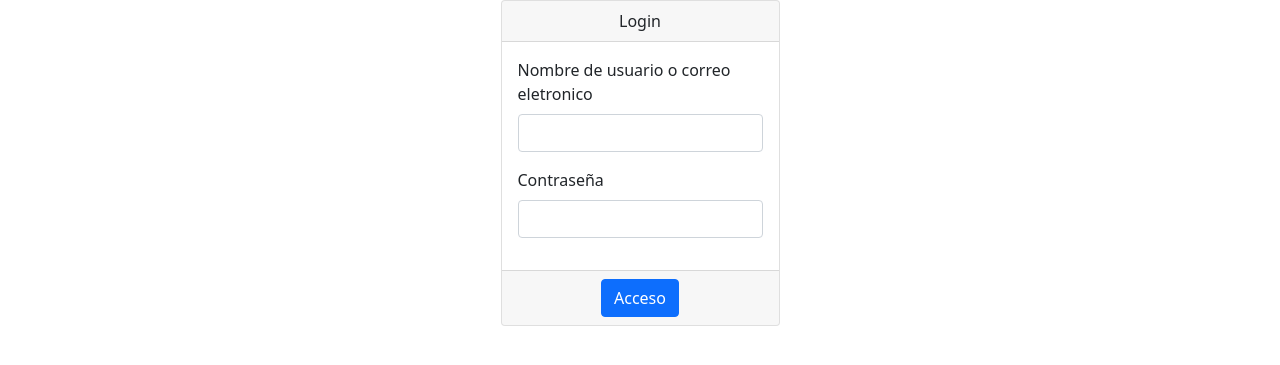
Repository: j0sh-404/control-clases-alumnos
Page: vista/login/login.html
The author's editor kept a copy of each file at every save. The page is drawn from the files as they stood at one save, then again after the next save.
The browser window is 1280 px wide. The pictures show the whole page.

Above is the page before, as saved 2022-07-09 15:19:52.

### vista/login/login.html
<!DOCTYPE html>
<html lang="es">
<head>
    <title>Login</title>
    <meta charset="UTF-8">
    <meta name="Login" content="Título de la WEB">
    <meta name="description" content="Descripción de la WEB">

    <!-- Bootstrap 5 -->
    <link href="https://cdn.jsdelivr.net/npm/bootstrap@5.0.2/dist/css/bootstrap.min.css" rel="stylesheet" integrity="sha384-EVSTQN3/azprG1Anm3QDgpJLIm9Nao0Yz1ztcQTwFspd3yD65VohhpuuCOmLASjC" crossorigin="anonymous">
    <link rel="stylesheet" href="./login.css">
  </head>
<body>
     <div id="alertaError">
      <div class="alert alert-danger alert-dismissible fade show" role="alert">
        <div id="textoError"></div>
        <button type="button" class="btn-close" data-bs-dismiss="alert" aria-label="Close"></button>
      </div>
     </div>
    <div class="container col-sm-12">
      <div class="card col-sm-3 mx-auto">
        <div class="card-header text-center">
          Login
        </div>
        <div class="card-body">
            <form>
                <div class="mb-3">
                  <label for="accesoCorreo" class="form-label">Nombre de usuario o correo eletronico </label>
                  <input type="email" class="form-control" id="accesoCorreo" aria-describedby="emailHelp">
                </div>
                <div class="mb-3 text-left">
                  <label for="accesoClave" class="form-label">Contraseña</label>
                  <input type="password" class="form-control" id="accesoClave">
                </div>
              </form>
        </div>
        <div class="card-footer text-muted text-center">
         <button class="btn btn-primary" onclick="accesoUsuario()">Acceso</button>
        </div>
      </div>
    </div>
<script src="https://code.jquery.com/jquery-3.6.0.js" integrity="sha256-H+K7U5CnXl1h5ywQfKtSj8PCmoN9aaq30gDh27Xc0jk=" crossorigin="anonymous"></script>
<script>
   $('#alertaError').hide();
</script>
<script src="https://cdn.jsdelivr.net/npm/bootstrap@5.0.2/dist/js/bootstrap.bundle.min.js" integrity="sha384-MrcW6ZMFYlzcLA8Nl+NtUVF0sA7MsXsP1UyJoMp4YLEuNSfAP+JcXn/tWtIaxVXM" crossorigin="anonymous"></script>
<script src="../../controlador/login/login.js"></script>
</body>
</html>

### vista/login/login.css
.estilo-tarjeta{
    align-items: center;
}

### controlador/login/login.js

function accesoUsuario (){
    const usuario = $("#accesoCorreo").val();
    const clave =$("#accesoClave").val();
}

After the next save:
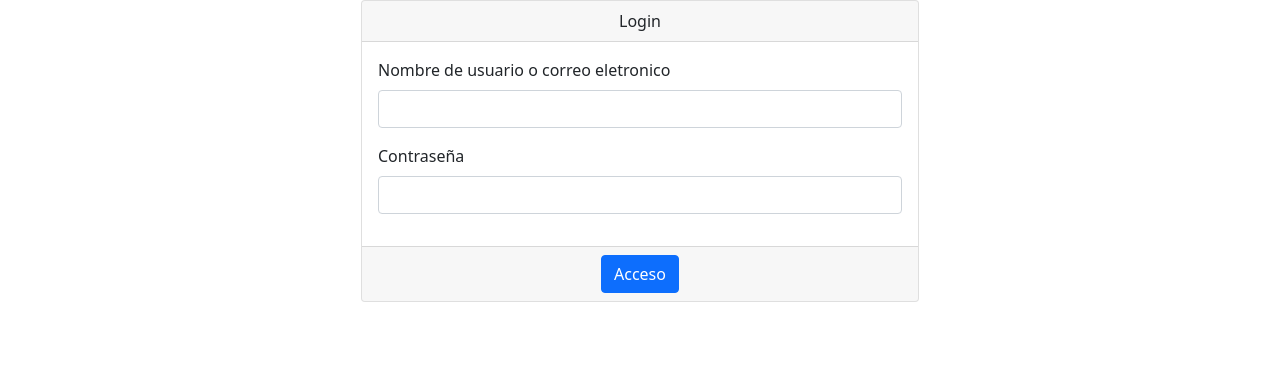
Saved 14 s later.
--- a/vista/login/login.html
+++ b/vista/login/login.html
@@ -18,7 +18,7 @@
       </div>
      </div>
     <div class="container col-sm-12">
-      <div class="card col-sm-3 mx-auto">
+      <div class="card col-sm-6 mx-auto">
         <div class="card-header text-center">
           Login
         </div>
